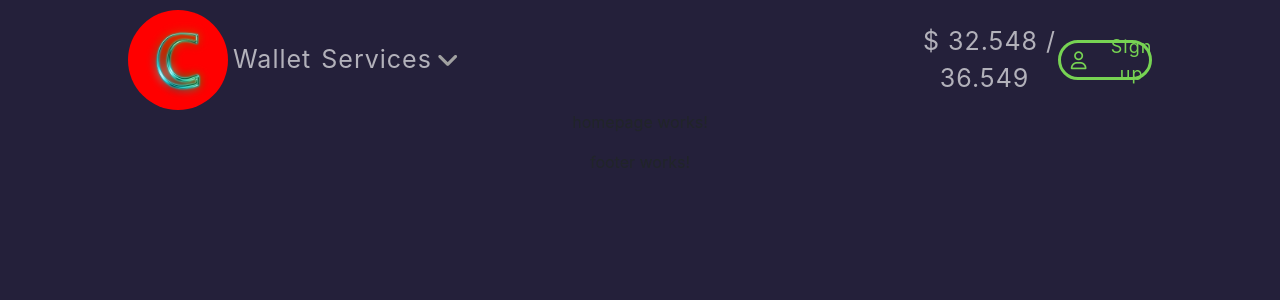
Repository: YuriyBen/Corzbank
Page: / (app in Corzbank.Web/ClientApp/)
The author's editor kept a copy of each file at every save. The page is drawn from the files as they stood at one save, then again after the next save.
The browser window is 1280 px wide. The pictures show the whole page.
Some web libraries are served in a nearby version. The project was rebuilt for these pictures with package versions that can differ from the ones it lists, and the page was loaded fresh each time. Also part of the build but not shown: Corzbank.Web/ClientApp/angular.json.

Above is the page before, as saved 2022-05-19 23:02:45.

### Corzbank.Web/ClientApp/src/index.html
<!DOCTYPE html>
<html lang="en">
  <head>
    <meta charset="utf-8" />
    <title>Corzbank.Web</title>
    <base href="/" />

    <meta name="viewport" content="width=device-width, initial-scale=1" />
    <link rel="icon" type="image/x-icon" href="favicon.ico" />

    <script src="https://kit.fontawesome.com/61ebb60581.js" crossorigin="anonymous"></script>
  </head>
  <body>
    <app-root>Loading...</app-root>
  </body>
</html>

### Corzbank.Web/ClientApp/src/styles.css
/* You can add global styles to this file, and also import other style files */

/* Provide sufficient contrast against white background */
a {
  color: #0366d6;
}

code {
  color: #e01a76;
}

.btn-primary {
  color: #fff;
  background-color: #1b6ec2;
  border-color: #1861ac;
}
body{
  display: block;
  text-align: -webkit-center;
  background-color: #24203A;
}
.main{
 /* background-color: red; */
  padding: 0;
  width: 85%;
}

### Corzbank.Web/ClientApp/src/app/app.module.ts
import { BrowserModule } from '@angular/platform-browser';
import { NgModule } from '@angular/core';
import { FormsModule } from '@angular/forms';
import { HttpClientModule, HTTP_INTERCEPTORS } from '@angular/common/http';
import { RouterModule } from '@angular/router';

import { AppComponent } from './app.component';
import { HomepageComponent } from './homepage/homepage.component';
import { HeaderComponent } from './header/header.component';
import { FooterComponent } from './footer/footer.component';

@NgModule({
  declarations: [
    AppComponent,
    HomepageComponent,
    HeaderComponent,
    FooterComponent
  ],
  imports: [
    BrowserModule.withServerTransition({ appId: 'ng-cli-universal' }),
    HttpClientModule,
    FormsModule,
    RouterModule.forRoot([
      { path: '', component: HomepageComponent, pathMatch: 'full' },
    ])
  ],
  providers: [],
  bootstrap: [AppComponent]
})
export class AppModule { }

### Corzbank.Web/ClientApp/src/app/app.component.html
<body>
  <app-header></app-header>
  <div class="container">
    <router-outlet></router-outlet>
  </div>
  <app-footer></app-footer>
</body>

### Corzbank.Web/ClientApp/src/app/homepage/homepage.component.html
<p>homepage works!</p>

### Corzbank.Web/ClientApp/src/app/header/header.component.html
<div class="navbar">
    <div class="left-block">
        <div class="logo">
            <img src="assets/photos/logo.png" alt="logo">
        </div>
        <span>Wallet</span>
        <div class="services">
            <span>Services</span>
            <i class="fa fa-angle-down"></i>
        </div>
    </div>
    <div class="right-block">
        <div class="exchange">
            <span>$ 32.548 / 36.549</span>
        </div>
        <div class="account">
            <i class="far fa-user"></i>
            <p>Sign up</p>
        </div>
    </div>
</div>

### Corzbank.Web/ClientApp/src/app/header/header.component.scss
*{
    padding: 0;
    margin: 0;
    box-sizing: border-box;
}
.navbar{
    // background-color: green;
    height: 100px;
    display: flex;
    justify-content: space-between;
    align-items: center;
    font-size: 25px;
    letter-spacing: 1px;
    width: 80%;
    margin-top: 10px;
}
.left-block , .right-block{
    display: flex;
    justify-content: space-between;
    width: 23%;
    align-items: baseline;
    align-items: center;
}
.left-block .logo{
    background-color: red;
    border-radius: 50px;
}
.navbar span{
    color: white;
    opacity: 65%;
    padding: 0 5px;
}
.left-block img{
    width: 100px;
}
.left-block .services{
    display: flex;
    width: 140px;
    justify-content: space-between;
    align-items: center;
}
.right-block .account{
    display: -webkit-inline-box;
    width: 140px;
    height: 40px;
    -webkit-box-align: center;
    border-radius: 32px;
    background: transparent;
    border: 3px solid #77D353;
    padding: 0 10px;
    -webkit-box-pack: center;
    font-size: 18px;

}
.account p, .far{
    color: #77D353;
}
.services i{
    color: #a1a1a1;
}
.account .far{
    margin-right: 10px;
}

Loaded but not shown: Corzbank.Web/ClientApp/src/main.ts (common file); Corzbank.Web/ClientApp/src/environments/environment.ts (common file); Corzbank.Web/ClientApp/src/app/app.component.ts (common file); Corzbank.Web/ClientApp/src/app/homepage/homepage.component.ts (common file); Corzbank.Web/ClientApp/src/app/header/header.component.ts (common file); Corzbank.Web/ClientApp/src/app/footer/footer.component.ts (common file); Corzbank.Web/ClientApp/src/app/footer/footer.component.html (common file); Corzbank.Web/ClientApp/src/app/footer/footer.component.scss (no stored copy; drawn as an empty file); Corzbank.Web/ClientApp/src/app/homepage/homepage.component.scss (no stored copy; drawn as an empty file)

After the next save:
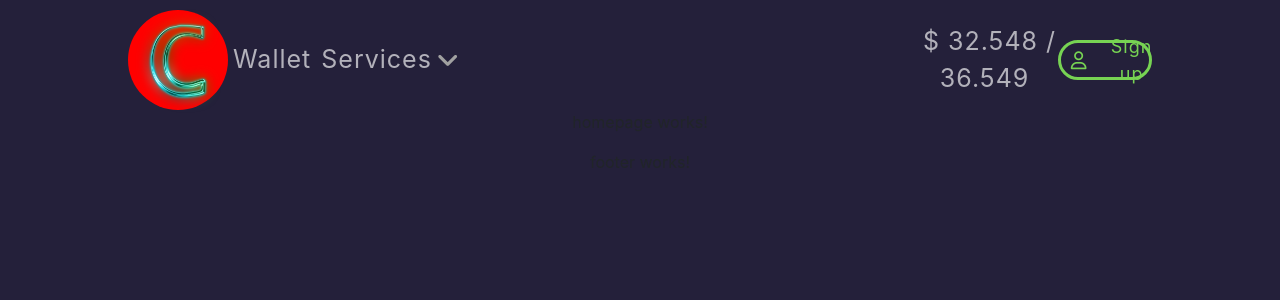
Saved 23 min 9 s later.
--- a/Corzbank.Web/ClientApp/src/app/header/header.component.scss
+++ b/Corzbank.Web/ClientApp/src/app/header/header.component.scss
@@ -30,8 +30,9 @@
     opacity: 65%;
     padding: 0 5px;
 }
-.left-block img{
+.left-block img {
     width: 100px;
+    transform: scale(1.3);
 }
 .left-block .services{
     display: flex;
